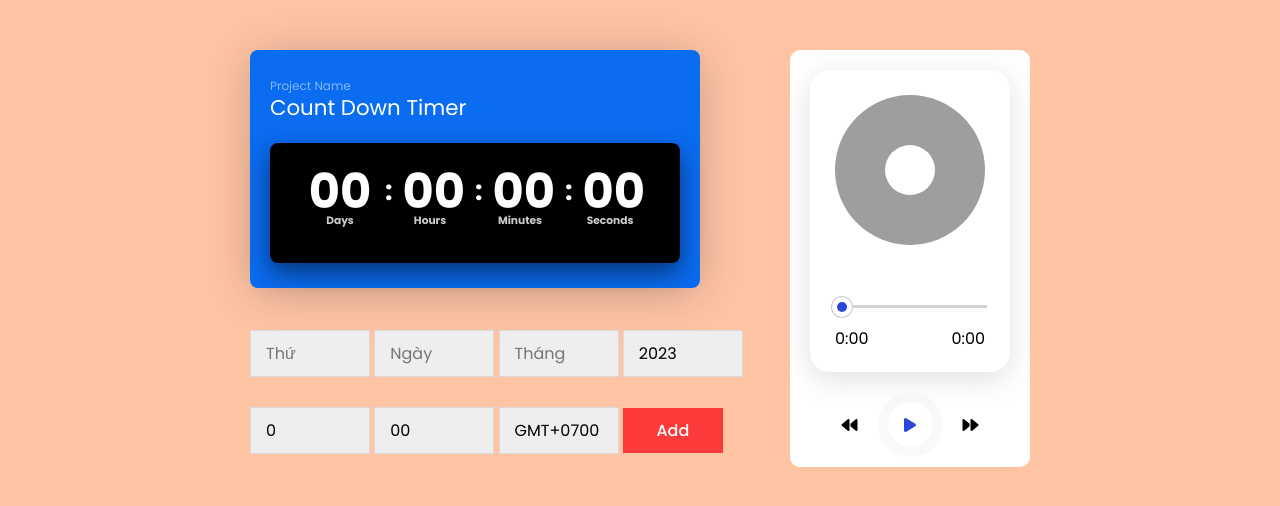
Repository: thuanpham00/CountDownTimer
Page: index.html
An editor plug-in stored every save of this project. The page is shown before and after the next save, followed by the edit.
The browser window is 1280 px wide. The pictures show the whole page.
Pictures or frames that could not be fetched are drawn as grey boxes. Some web libraries are served in a nearby version. The style sheet was rebuilt from its Sass, Less or Tailwind sources for each picture, by a compiler version that may differ from the author's.

Above is the page before, as saved 2023-09-27 15:49:38.

### index.html
<!DOCTYPE html>
<html lang="en">
    <head>
        <meta charset="UTF-8" />
        <meta name="viewport" content="width=device-width, initial-scale=1.0" />
        <title>Count Down</title>
        <link rel="preconnect" href="https://fonts.googleapis.com" />
        <link rel="preconnect" href="https://fonts.gstatic.com" crossorigin />
        <link
            href="https://fonts.googleapis.com/css2?family=Roboto:wght@300;400;500;700;900&display=swap"
            rel="stylesheet"
        />
        <link rel="preconnect" href="https://fonts.googleapis.com" />
        <link rel="preconnect" href="https://fonts.gstatic.com" crossorigin />
        <link
            href="https://fonts.googleapis.com/css2?family=Poppins:wght@300;400;500;600;700;800&display=swap"
            rel="stylesheet"
        />
        <script src="https://kit.fontawesome.com/3115b3f4f1.js"></script>
        <link rel="stylesheet" href="./assets/css/main.css" />
    </head>
    <body>
        <div class="timer">
            <div class="timer-wrapper">
                <div>
                    <label class="timer-title">Project Name</label>
                    <label class="timer-name">Count Down Timer</label>
                </div>
                <div class="counter">
                    <div class="days">
                        <div class="value" id="days">00</div>
                        <span>Days</span>
                    </div>

                    <div class="hours">
                        <div class="value" id="hours">00</div>
                        <span>Hours</span>
                    </div>

                    <div class="minutes">
                        <div class="value" id="minutes">00</div>
                        <span>Minutes</span>
                    </div>

                    <div class="seconds">
                        <div class="value" id="seconds">00</div>
                        <span>Seconds</span>
                    </div>
                </div>
            </div>
            <div class="player">
                <div class="player-box">
                    <div class="player-media">
                        <img
                            src="https://cdn.dribbble.com/users/3960463/screenshots/14630140/media/c79331860d7ca1b97430a4888617f428.png?compress=1&resize=800x600"
                            alt=""
                            class="player-image"
                        />
                    </div>
                    <div class="progress">
                        <input
                            type="range"
                            id="progress-bar"
                            min="0"
                            max=""
                            value="0"
                            class="bar"
                        />
                        <audio src="./assets/files/mien-man.mp3" id="song"></audio>
                    </div>
                    <div class="player-number">
                        <span class="player-remaining">0:00</span>
                        <span class="player-duration">0:00</span>
                    </div>
                </div>
                <div class="player-tool">
                    <i class="fa fa-backward player-prev"></i>
                    <i class="fa fa-play player-play"></i>
                    <i class="fa fa-forward player-next"></i>
                </div>
            </div>
        </div>
        <form class="form-timer">
            <input type="text" name="day" placeholder="Thứ" class="dayInput" />
            <input
                type="text"
                name="date"
                placeholder="Ngày"
                class="dateInput"
            />
            <input
                type="text"
                name="month"
                placeholder="Tháng"
                class="monthInput"
            />
            <input
                type="number"
                name="year"
                placeholder="Năm"
                value="2023"
                class="yearInput"
            />
            <input
                type="number"
                name="hour"
                placeholder="Giờ"
                class="hourInput"
                value="0"
            />
            <input
                type="number"
                name="minute"
                placeholder="Phút"
                class="minuteInput"
                value="00"
            />
            <input
                type="text"
                name="GMT"
                value="GMT+0700 (Indochina Time)"
                class="hourInput"
            />
            <button class="todo__submit" type="submit">Add</button>
        </form>
        <script src="./assets/js/main.js"></script>
    </body>
</html>

### assets/js/main.js
window.addEventListener("load", function () {
    const daysText = document.querySelector("#days");
    const hoursText = document.querySelector("#hours");
    const minutesText = document.querySelector("#minutes");
    const secondsText = document.querySelector("#seconds");

    function setTimer(
        dayInput,
        monthInput,
        dateInput,
        yearInput,
        hourInput,
        minuteInput,
        gmtInput
    ) {
        let currentTime = new Date().getTime();
        const endTime = new Date(
            yearInput,
            getMonthIndex(monthInput),
            dateInput,
            hourInput,
            minuteInput
        ).getTime();

        if (isNaN(endTime) || endTime - currentTime <= 0) return;
        setInterval(changeTimer, 500);
        changeTimer();

        function changeTimer() {
            let days, hours, minutes, seconds;
            const now = new Date();
            let startTime = now.getTime();
            let countDown = parseInt((endTime - startTime) / 1000);
            if (countDown > 0) {
                days = parseInt(countDown / 86400);
                countDown = countDown % 86400;
                hours = parseInt(countDown / 3600);
                countDown = countDown % 3600;
                minutes = parseInt(countDown / 60);
                countDown = countDown % 60;
                seconds = parseInt(countDown);

                daysText.textContent = `${days}`.slice(-2);
                hoursText.textContent = `${hours}`.slice(-2);
                minutesText.textContent = `${minutes}`.slice(-2);
                secondsText.textContent = `${seconds}`.slice(-2);
            }
        }

        function getMonthIndex(monthName) {
            const months = [
                "Jan",
                "Feb",
                "Mar",
                "Apr",
                "May",
                "Jun",
                "Jul",
                "Aug",
                "Sep",
                "Oct",
                "Nov",
                "Dec",
            ];
            return months.indexOf(monthName);
        }
    }

    const formTimer = document.querySelector(".form-timer");
    formTimer.addEventListener("submit", function (e) {
        e.preventDefault();
        const dayInput = this.elements["day"].value;
        const monthInput = this.elements["month"].value;
        const dateInput = parseInt(this.elements["date"].value);
        const yearInput = parseInt(this.elements["year"].value);
        const hourInput = parseInt(this.elements["hour"].value);
        const minuteInput = parseInt(this.elements["minute"].value);
        const gmtInput = this.elements["GMT"].value;
        setTimer(
            dayInput,
            monthInput,
            dateInput,
            yearInput,
            hourInput,
            minuteInput,
            gmtInput
        );
    });

    const btnPlay = document.querySelector(".player-play");
    const btnNext = document.querySelector(".player-next");
    const btnPrev = document.querySelector(".player-prev");
    const playerImg = document.querySelector(".player-image");
    const bar = document.querySelector(".bar");
    const currentTime = document.querySelector(".player-remaining");
    const durationTime = document.querySelector(".player-duration");

    let playing = true;
    const song = document.querySelector("#song");
    btnPlay.addEventListener("click", playMusic);

    function playMusic(e) {
        if (playing) {
            // khi nhạc đang phát thì đổi thành false (tắt nhạc)
            playing = false;
            btnPlay.classList.remove("fa-play");
            btnPlay.classList.add("fa-pause");
            song.play()
        } else {
            // khi nhạc đang tắt thì đổi thành true (phát nhạc)
        }
    }
});

### scss/main.scss
html,
body,
div,
span,
applet,
object,
iframe,
h1,
h2,
h3,
h4,
h5,
h6,
p,
blockquote,
pre,
a,
abbr,
acronym,
address,
big,
cite,
code,
del,
dfn,
em,
img,
ins,
kbd,
q,
s,
samp,
small,
strike,
strong,
sub,
sup,
tt,
var,
b,
u,
i,
center,
dl,
dt,
dd,
ol,
ul,
li,
fieldset,
form,
label,
legend,
table,
caption,
tbody,
tfoot,
thead,
tr,
th,
td,
article,
aside,
canvas,
details,
embed,
figure,
figcaption,
footer,
header,
hgroup,
menu,
nav,
output,
ruby,
section,
summary,
time,
mark,
audio,
video {
    margin: 0;
    padding: 0;
    border: 0;
    font-size: 100%;
    font: inherit;
    vertical-align: baseline;
}
/* HTML5 display-role reset for older browsers */
article,
aside,
details,
figcaption,
figure,
footer,
header,
hgroup,
menu,
nav,
section {
    display: block;
}
body {
    line-height: 1;
}
ol,
ul {
    list-style: none;
}
blockquote,
q {
    quotes: none;
}
blockquote:before,
blockquote:after,
q:before,
q:after {
    content: "";
    content: none;
}
table {
    border-collapse: collapse;
    border-spacing: 0;
}

*,
::after,
::before {
    box-sizing: border-box;
}

html {
    font-size: 62.5%;
}

body {
    font-size: 1.6rem;
    font-family: "Poppins", sans-serif;
}

input,
select,
textarea,
button {
    font-size: inherit;
    font-family: inherit;
}

$continer-color: #0a6cf1;
$continer-padding: 30px 20px 10px 20px;
body {
    background: #ffc4a4;
    user-select: none;
}

.timer {
    position: relative;
    min-height: 400px;

    &-wrapper {
        position: absolute;
        left: 250px;
        top: 50px;
        background-color: $continer-color;
        padding: $continer-padding;
        border-radius: 8px;
        color: #fff;
        min-width: 450px;
        box-shadow: 0 5px 50px rgba(0, 0, 0, 0.2);
    }

    label {
        display: block;
    }

    &-title {
        font-size: 9pt;
        opacity: 0.5;
    }

    &-name {
        font-size: 16pt;
        margin: 5px 0;
    }

    .counter {
        padding: 25px;
        margin: 25px 0 15px 0;
        background-color: #000;
        font-weight: 700;
        border-radius: 8px;
        box-shadow: 0 10px 25px rgba(0, 0, 0, 0.5);
        min-height: 120px;

        div {
            display: inline-block;
        }
        .days,
        .hours,
        .minutes,
        .seconds {
            width: 25%;
            float: left;
            text-align: center;
            .value {
                display: block;
                font-size: 36pt;
                width: 100%;
                display: block;
            }
            span {
                font-size: 8pt;
                opacity: 0.8;
                width: 100%;
                display: block;
            }
        }
        .hours::before,
        .minutes::before,
        .seconds::before {
            content: ":";
            float: left;
            font-size: 20pt;
            position: relative;
            margin-top: 10px;
            opacity: 0.7;
            animation: pink 1s ease-in-out infinite;
        }
    }

    .player {
        position: absolute;
        right: 250px;
        top: 50px;
        background-color: white;
        padding: 20px;
        border-radius: 10px;
    }

    .player-box {
        box-shadow: rgba(100, 100, 111, 0.2) 0px 7px 29px 0px;
        padding: 25px;
        display: flex;
        align-items: center;
        justify-content: center;
        flex-direction: column;
        text-align: center;
        border-radius: 20px;
        max-width: 500px;
        margin: 0 auto 30px;
    }

    .player-media {
        position: relative;
        width: 150px;
        height: 150px;
        border-radius: 100rem;
        margin-bottom: 25px;
    }
    .player-media:before {
        content: "";
        width: 50px;
        height: 50px;
        background-color: white;
        border-radius: 100px;
        position: absolute;
        top: 50%;
        left: 50%;
        transform: translate(-50%, -50%);
        z-index: 10;
    }

    .player-image {
        width: 100%;
        height: 100%;
        object-fit: cover;
        border-radius: inherit;
    }

    .player-image.is-playing {
        animation: rotate 10s forwards infinite linear;
    }

    @keyframes rotate {
        to {
            transform: rotate(360deg);
        }
    }

    .progress {
        margin-bottom: 20px;
        margin-top: 25px;
    }

    .player-number {
        display: flex;
        justify-content: space-between;
        align-items: center;
        width: 100%;
    }

    .player-tool {
        display: flex;
        justify-content: center;
        align-items: center;
    }

    .player-play {
        color: #2b48d9;
        width: 45px;
        height: 45px;
        border-radius: 100rem;
        display: flex;
        justify-content: center;
        align-items: center;
        cursor: pointer;
        background-color: white;
        box-shadow: 0 0 0 10px rgba(242, 243, 244, 0.5);
        font-size: 16px;
        margin: 0 30px;
    }

    .player-next,
    .player-prev {
        cursor: pointer;
        font-size: 16px;
    }

    .progress {
        width: 100%;
        position: relative;
    }

    .bar {
        -webkit-appearance: none;
        width: 100%;
        height: 3px;
        background: #d3d3d3;
        outline: none;
        -webkit-transition: 0.2s;
        transition: opacity 0.2s;
    }

    .bar::-webkit-slider-thumb {
        -webkit-appearance: none;
        appearance: none;
        width: 10px;
        height: 10px;
        border-radius: 100rem;
        background-color: #2b48d9;
        box-shadow: 0 0 0 5px white, 0 0 0 6px #ccc;
    }

    /* .bar::-webkit-slider-thumb chọn phần tử con của phần tử có lớp bar mà là "thumb" của thanh trượt (slider)
     dành cho trình duyệt WebKit (chẳng hạn như Safari hoặc Chrome).

    .bar::-moz-range-thumb chọn phần tử con của phần tử có lớp bar mà là "thumb" của
    thanh trượt (slider) dành cho trình duyệt Firefox (Mozilla).
    */

    .bar::-moz-range-thumb {
        cursor: pointer;
        width: 10px;
        height: 10px;
        border-radius: 100rem;
        background-color: #2b48d9;
        box-shadow: 0 0 0 5px white, 0 0 0 6px #ccc;
    }
}

@keyframes pink {
    0% {
        opacity: 1;
    }
    50% {
        opacity: 0.5;
    }
    100% {
        opacity: 1;
    }
}

.form-timer {
    position: absolute;
    left: 250px;
    margin-top: -100px;
    max-width: 500px;

    input {
        margin-top: 30px;
        width: 120px;
        padding: 10px 15px;
        outline: none;
        background: #eee;
        border: 1px solid #dadada;
    }

    button {
        width: 100px;
        padding: 10px 15px;
        background: #fd3a3a;
        border: none;
        color: #fff;
        font-weight: 500;
    }
}

After the next save:
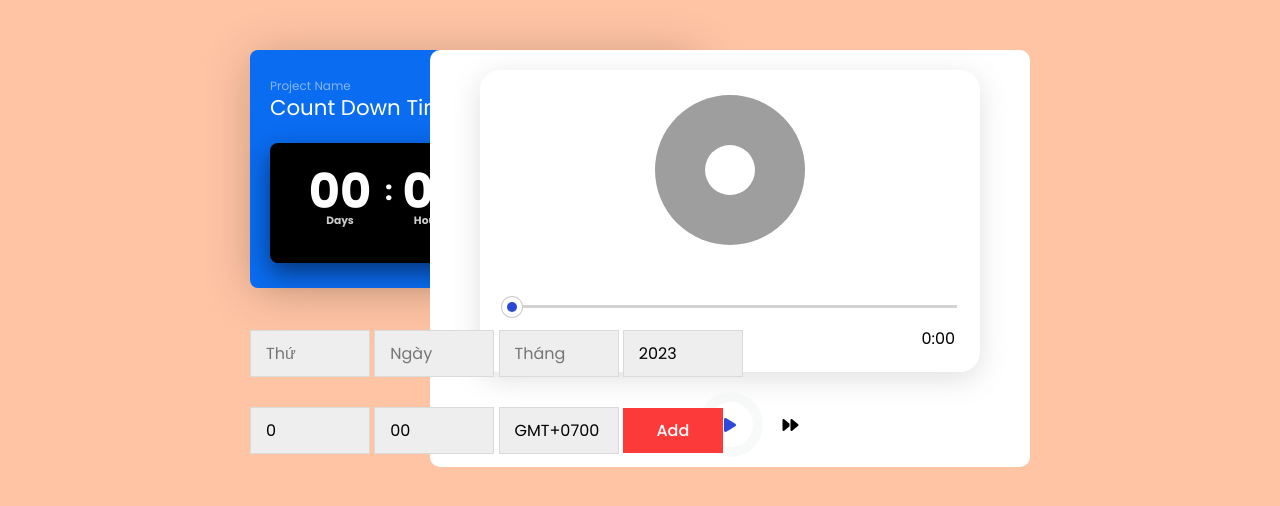
Saved 16 s later.
--- a/scss/main.scss
+++ b/scss/main.scss
@@ -235,6 +235,7 @@ body {
         background-color: white;
         padding: 20px;
         border-radius: 10px;
+        width: 600px;
     }
 
     .player-box {
